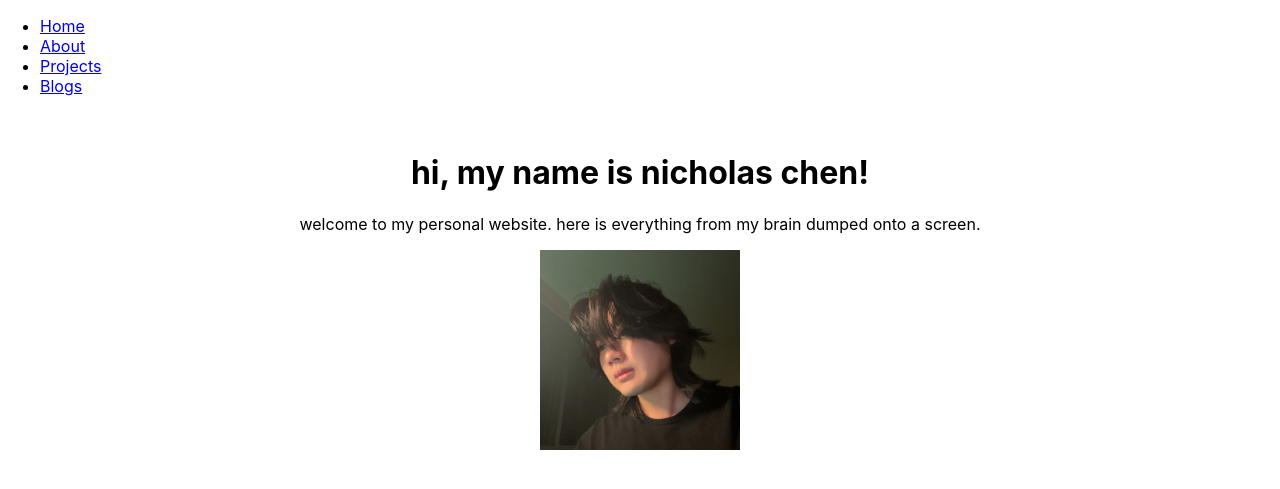
Repository: nicholaschen09/personalWebsite
Page: /
These files come from the project's save history. The page is drawn as it stood at one moment and after the next save; the edit follows.
The browser window is 1280 px wide. The pictures show the whole page.
The project was rebuilt for these pictures with package versions that can differ from the ones it lists, and the page was loaded fresh each time. Also part of the build but not shown: src/components/About.js, src/components/Projects.css, src/components/Projects.js, src/components/Blog.css, src/components/Blog.js, src/components/Miscellaneous.css, src/components/Miscellaneous.js, src/components/Design.css and 3 more.

Above is the page before, as saved 2024-05-23 13:13:23.

After the next save:
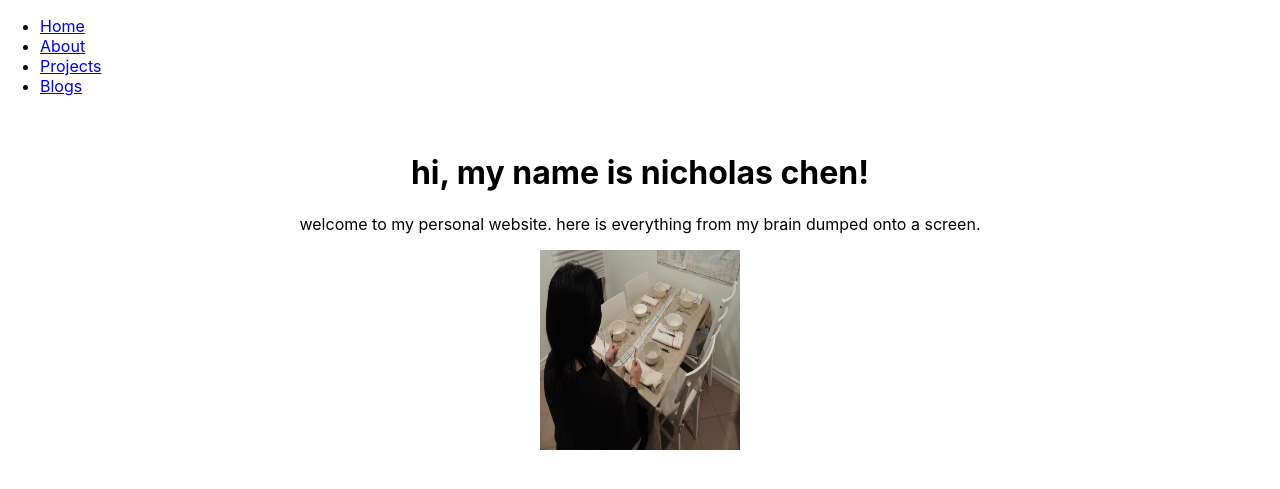
Saved 56 s later.
--- a/src/components/Home.js
+++ b/src/components/Home.js
@@ -7,7 +7,7 @@ const Home = () => {
         <div className="home">
             <h1>hi, my name is nicholas chen! </h1>
             <p>welcome to my personal website. here is everything from my brain dumped onto a screen.</p>
-            <img src={process.env.PUBLIC_URL + '/file.jpg'}alt="profilePic" className="profilePic" />
+            <img src={process.env.PUBLIC_URL + '/DSCN3098_2.jpg'}alt="profilePic" className="profilePic" />
         </div>
         );
 
